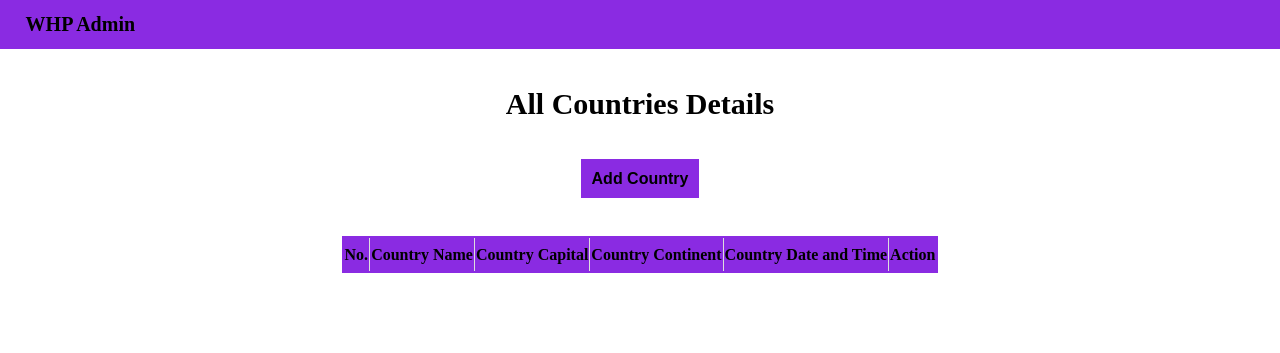
Repository: sabinaPetrisor/World_Hour_Project
Page: http://localhost/WorldHourProject/jsp/admin.jsp
These files come from the project's save history. The page is drawn as it stood at one moment and after the next save; the edit follows.
The browser window is 1280 px wide. The pictures show the whole page.
The page is served by Tomcat 9. Queries for data that is not in the repository find no rows.

Above is the page before, as saved 2023-08-09 07:35:17.

After the next save:
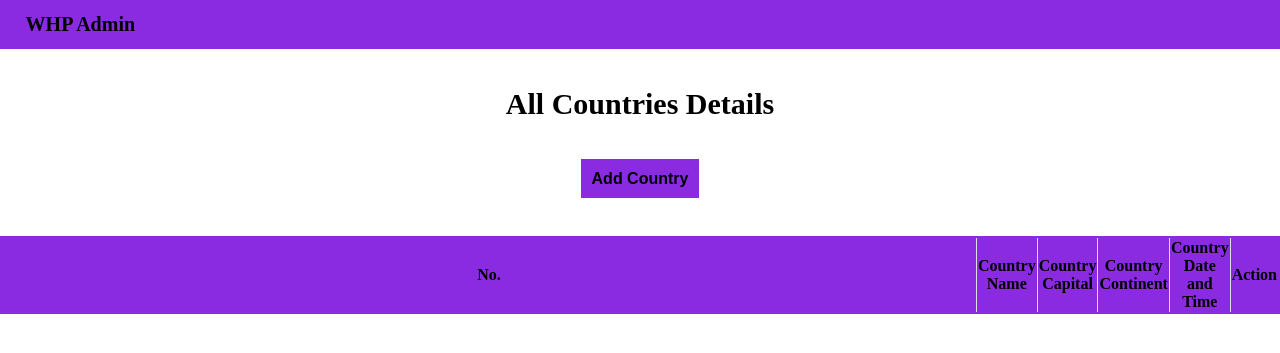
Saved 88 s later.
--- a/WorldHourProject/src/main/webapp/css/admin.css
+++ b/WorldHourProject/src/main/webapp/css/admin.css
@@ -35,7 +35,7 @@
 .tbl {
 	margin: 0 auto;
 	border-collapse: collapse;
-	table-layout: auto !important;
+	table-layout: auto;
 	width: auto;
 
 }
@@ -50,8 +50,8 @@
 	font-size: 1em;
   	border: 1px solid #dddddd;
   	text-align: center;
-  	width: auto;
-  	white-space:nowrap;
+  	/*width: auto;
+  	white-space:nowrap;*/
 }
 
 .tbl tr:nth-child(even) {
